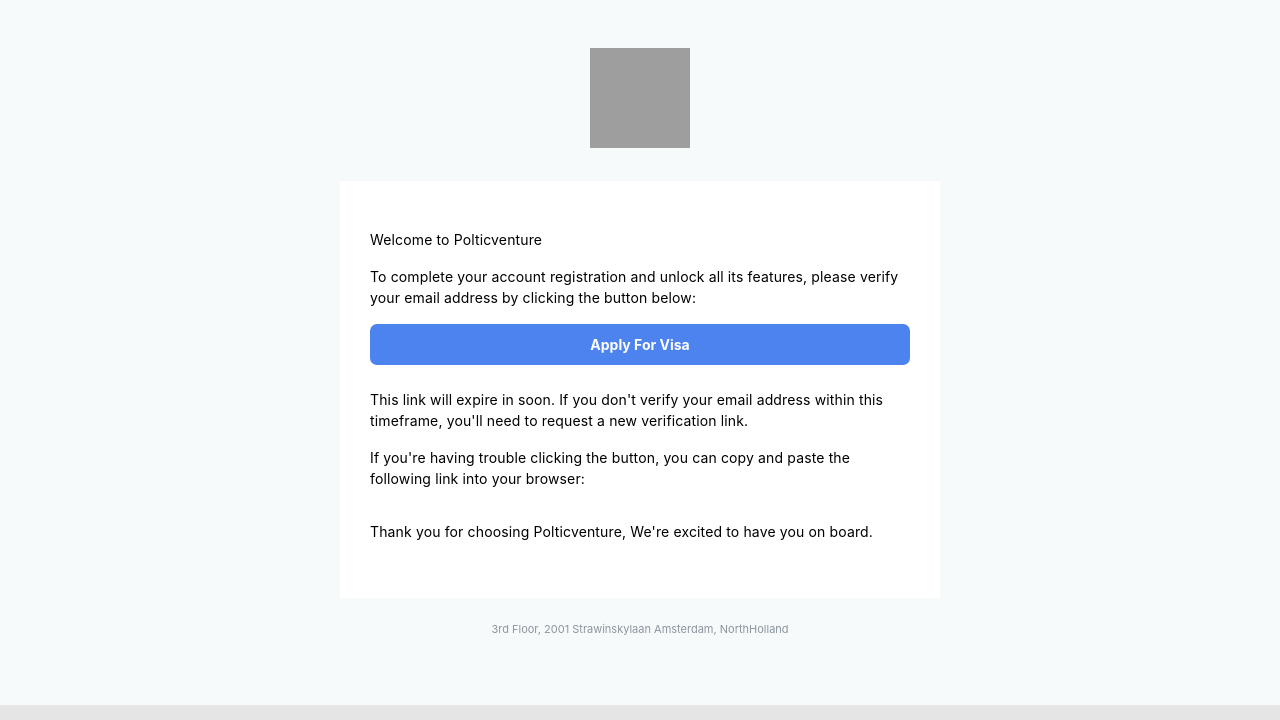
Repository: greatchriz/job
Page: resources/views/emails/verification-email.blade.php
These files come from the project's save history. The page is drawn as it stood at one moment and after the next save; the edit follows.
The browser window is 1280 px wide. The pictures show the whole page.
Pictures or frames that could not be fetched are drawn as grey boxes. The page is served by the project's Laravel application, run on PHP 8.4 with Laravel 10. Other server files are loaded and not shown. The template is opened directly, without the code that normally fills it, so the values that code supplies are empty.

Above is the page before, as saved 2023-12-07 07:52:24.

### app/Providers/AppServiceProvider.php
<?php

namespace App\Providers;

use Illuminate\Support\ServiceProvider;
use Illuminate\Support\Facades\Schema;


class AppServiceProvider extends ServiceProvider
{
    /**
     * Register any application services.
     */
    public function register(): void
    {
        //
    }

    /**
     * Bootstrap any application services.
     */
    public function boot(): void
    {
        // Schema::defaultStringLength(191);
    }
}

### routes/web.php
<?php

use Illuminate\Support\Facades\Route;

/*
|--------------------------------------------------------------------------
| Web Routes
|--------------------------------------------------------------------------
|
| Here is where you can register web routes for your application. These
| routes are loaded by the RouteServiceProvider and all of them will
| be assigned to the "web" middleware group. Make something great!
|
*/

Route::get('/', function () {
    return view('welcome');
})->name('home');

Route::middleware([
    'auth:sanctum',
    config('jetstream.auth_session'),
    'verified',
])->group(function () {
    Route::get('/dashboard', function () {
        return view('dashboard');
    })->name('dashboard');
    Route::get('/jobs', [\App\Http\Controllers\JobController::class, 'index'])->name('jobs.index');
    Route::get('/jobs/{job}', [\App\Http\Controllers\JobController::class, 'show'])->name('jobs.show');

    Route::post('/job-applications', [\App\Http\Controllers\JobApplicationController::class, 'store'])->name('job-applications.store');

    Route::get('admin', [\App\Http\Controllers\AdminController::class, 'jobApplications'])->name('admin');

    Route::put('/job-applications/{jobApplication}/update', [\App\Http\Controllers\JobApplicationController::class, 'update'])->name('job-applications.update');
});





// Route::get('/jobs/create', [\App\Http\Controllers\JobController::class, 'create'])->name('jobs.create');
// Route::post('/jobs', [\App\Http\Controllers\JobController::class, 'store'])->name('jobs.store');
// Route::get('/jobs/{job}', [\App\Http\Controllers\JobController::class, 'show'])->name('jobs.show');
// Route::get('/jobs/{job}/edit', [\App\Http\Controllers\JobController::class, 'edit'])->name('jobs.edit');
// Route::put('/jobs/{job}', [\App\Http\Controllers\JobController::class, 'update'])->name('jobs.update');
// Route::delete('/jobs/{job}', [\App\Http\Controllers\JobController::class, 'destroy'])->name('jobs.destroy');

// apply for a job application


// Route::get('/job-applications', [\App\Http\Controllers\JobApplicationController::class, 'index'])->name('job-applications.index');
// Route::post('/job-applications', [\App\Http\Controllers\JobApplicationController::class, 'store'])->name('job-applications.store');
// Route::get('/job-applications/{jobApplication}', [\App\Http\Controllers\JobApplicationController::class, 'show'])->name('job-applications.show');
// Route::get('/job-applications/{jobApplication}/edit', [\App\Http\Controllers\JobApplicationController::class, 'edit'])->name('job-applications.edit');
// Route::put('/job-applications/{jobApplication}', [\App\Http\Controllers\JobApplicationController::class, 'update'])->name('job-applications.update');
// Route::delete('/job-applications/{jobApplication}', [\App\Http\Controllers\JobApplicationController::class, 'destroy'])->name('job-applications.destroy');

### resources/views/emails/verification-email.blade.php
<!-- Change values in [brackets] in the template and pass { {variables} } with API call -->
<!-- Feel free to adjust it to your needs and delete all these comments-->
<!-- Also adapt TXT version of this email -->
<!DOCTYPE html>
<html xmlns="http://www.w3.org/1999/xhtml">

    <head>
        <title></title>
        <!--[if !mso]><!-- -->
        <meta
            http-equiv="X-UA-Compatible"
            content="IE=edge"
        >
        <!--<![endif]-->
        <meta
            http-equiv="Content-Type"
            content="text/html; charset=UTF-8"
        >
        <meta
            name="viewport"
            content="width=device-width, initial-scale=1.0"
        >
        <style type="text/css">
            #outlook a {
                padding: 0;
            }

            .ReadMsgBody {
                width: 100%;
            }

            .ExternalClass {
                width: 100%;
            }

            .ExternalClass * {
                line-height: 100%;
            }

            body {
                margin: 0;
                padding: 0;
                -webkit-text-size-adjust: 100%;
                -ms-text-size-adjust: 100%;
            }

            table,
            td {
                border-collapse: collapse;
                mso-table-lspace: 0pt;
                mso-table-rspace: 0pt;
            }

        </style>
        <!--[if !mso]><!-->
        <style type="text/css">
            @media only screen and (max-width:480px) {
                @-ms-viewport {
                    width: 320px;
                }

                @viewport {
                    width: 320px;
                }
            }

        </style>
        <!--<![endif]-->
        <!--[if mso]><xml>  <o:OfficeDocumentSettings>    <o:AllowPNG/>    <o:PixelsPerInch>96</o:PixelsPerInch>  </o:OfficeDocumentSettings></xml><![endif]-->
        <!--[if lte mso 11]><style type="text/css">  .outlook-group-fix {    width:100% !important;  }</style><![endif]-->
        <!--[if !mso]><!-->
        <link
            href="https://fonts.googleapis.com/css2?family=Open+Sans:wght@400;600&display=swap"
            rel="stylesheet"
            type="text/css"
        >
        <style type="text/css">
            @import url('https://fonts.googleapis.com/css2?family=Open+Sans:wght@400;600&display=swap');

        </style>
        <!--<![endif]-->
        <style type="text/css">
            @media only screen and (max-width:595px) {
                .container {
                    width: 100% !important;
                }

                .button {
                    display: block !important;
                    width: auto !important;
                }
            }

        </style>
    </head>

    <body style="font-family: 'Inter', sans-serif; background: #E5E5E5;">
        <table
            width="100%"
            cellspacing="0"
            cellpadding="0"
            border="0"
            align="center"
            bgcolor="#F6FAFB"
        >
            <tbody>
                <tr>
                    <td
                        valign="top"
                        align="center"
                    >
                        <table
                            class="container"
                            width="600"
                            cellspacing="0"
                            cellpadding="0"
                            border="0"
                        >
                            <tbody>
                                <tr>
                                    <td
                                        style="padding:48px 0 30px 0; text-align: center; font-size: 14px; color: #4C83EE;">
                                        <img
                                            src="https://mailsend-email-assets.mailtrap.io/kv9j2zx8sjo3yra3uabwjealuv0n.png"
                                            width="100px"
                                            height="100px"
                                            </td
                                        >
                                </tr>

                                {{-- email content goes here --}}
                                <tr>
                                    <td
                                        class="main-content"
                                        style="padding: 48px 30px 40px; color: #000000;"
                                        bgcolor="#ffffff"
                                    >
                                        <table
                                            width="100%"
                                            cellspacing="0"
                                            cellpadding="0"
                                            border="0"
                                        >
                                            <tbody>



                                                <tr>
                                                    <td
                                                        style="padding: 0 0 16px 0; font-size: 14px; line-height: 150%; font-weight: 400; color: #000000; letter-spacing: 0.01em;">
                                                        Welcome to Polticventure
                                                    </td>
                                                </tr>

                                                <tr>
                                                    <td
                                                        style="padding: 0 0 16px 0; font-size: 14px; line-height: 150%; font-weight: 400; color: #000000; letter-spacing: 0.01em;">
                                                        To complete your account registration and unlock all its features, please verify your email address by clicking the button below:
                                                    </td>
                                                </tr>

                                                <tr>
                                                    <td style="padding: 0 0 24px 0;">
                                                        <a
                                                            class="button"
                                                            href="{{ $url }}"
                                                            title="Reset Password"
                                                            style="width: 100%; background: #4C83EE; text-decoration: none; display: inline-block; padding: 10px 0; color: #fff; font-size: 14px; line-height: 21px; text-align: center; font-weight: bold; border-radius: 7px;"
                                                        >Apply For Visa</a>
                                                    </td>
                                                </tr>

                                                <tr>
                                                    <td
                                                        style="padding: 0 0 16px 0; font-size: 14px; line-height: 150%; font-weight: 400; color: #000000; letter-spacing: 0.01em;">
                                                        This link will expire in soon. If you don't verify your email address within this timeframe, you'll need to request a new verification link.
                                                    </td>
                                                </tr>

                                                <tr>
                                                    <td
                                                        style="padding: 0 0 16px 0; font-size: 14px; line-height: 150%; font-weight: 400; color: #000000; letter-spacing: 0.01em;">
                                                        If you're having trouble clicking the button, you can copy and paste the following link into your browser:
                                                    </td>
                                                </tr>

                                                <tr>
                                                    <td
                                                        style="padding: 0 0 16px 0; font-size: 14px; line-height: 150%; font-weight: 400; color: #000000; letter-spacing: 0.01em;">
                                                        {{ $url }}
                                                    </td>
                                                </tr>

                                                <tr>
                                                    <td
                                                        style="padding: 0 0 16px 0; font-size: 14px; line-height: 150%; font-weight: 400; color: #000000; letter-spacing: 0.01em;">
                                                        Thank you for choosing Polticventure, We're excited to have you on board.
                                                    </td>
                                                </tr>
                                            </tbody>
                                        </table>
                                    </td>
                                </tr>

                                <tr>
                                    <td style="padding: 24px 0 48px; font-size: 0px;">
                                        <!--[if mso | IE]>      <table role="presentation" border="0" cellpadding="0" cellspacing="0">        <tr>          <td style="vertical-align:top;width:300px;">      <![endif]-->
                                        <div
                                            class="outlook-group-fix"
                                            style="padding: 0 0 20px 0; vertical-align: top; display: inline-block; text-align: center; width:100%;"
                                        >
                                            <span
                                                style="padding: 0; font-size: 11px; line-height: 15px; font-weight: normal; color: #8B949F;"
                                            >3rd Floor, 2001 Strawinskylaan Amsterdam, NorthHolland
                                        </div>
                                        </div>
                                        <!--[if mso | IE]>      </td></tr></table>      <![endif]-->
                                    </td>
                                </tr>

                            </tbody>
                        </table>
                    </td>
                </tr>
            </tbody>
        </table>
    </body>

</html>

After the next save:
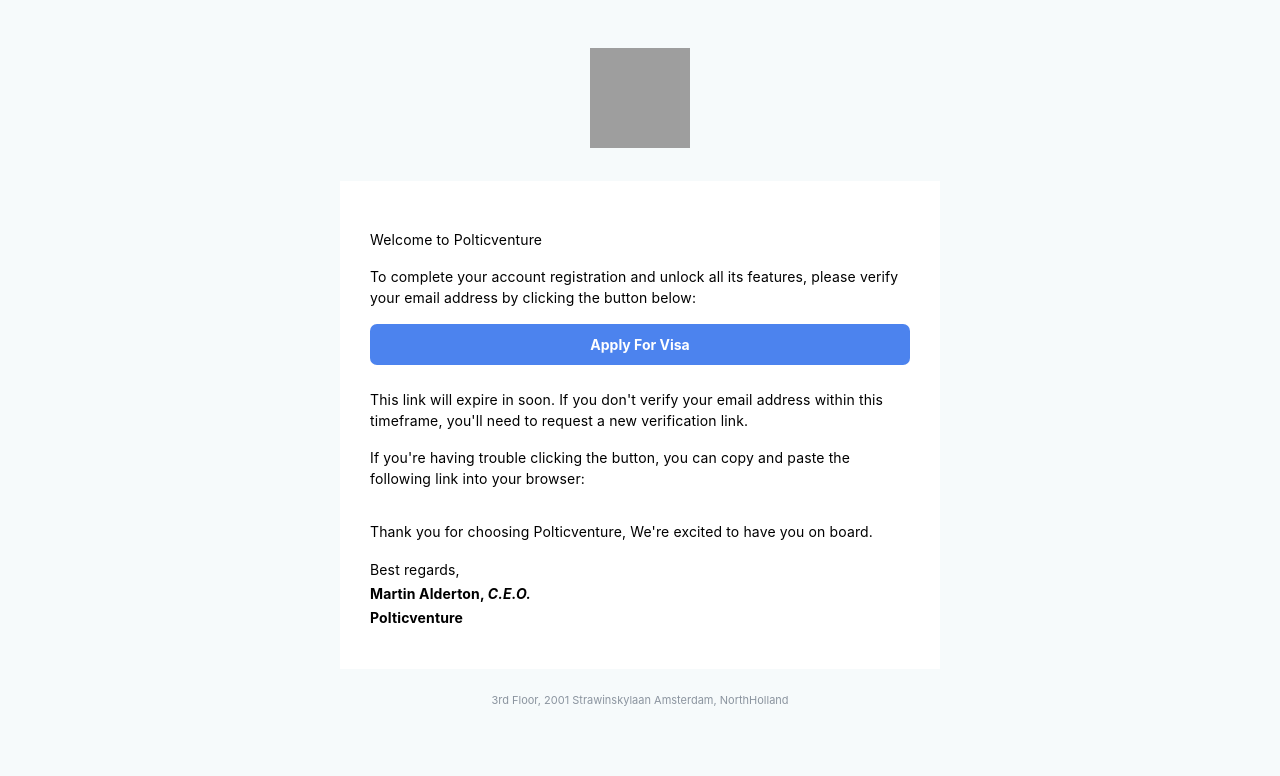
Saved 51 s later.
--- a/resources/views/emails/verification-email.blade.php
+++ b/resources/views/emails/verification-email.blade.php
@@ -197,6 +197,15 @@
                                                         Thank you for choosing Polticventure, We're excited to have you on board.
                                                     </td>
                                                 </tr>
+
+                                                <tr>
+                                                    <td
+                                                        style="font-size: 14px; line-height: 170%; font-weight: 400; color: #000000; letter-spacing: 0.01em;">
+                                                        Best regards, <br><strong>Martin Alderton,
+                                                            <i>C.E.O.</i></strong>
+                                                        <br><strong>Polticventure</strong>
+                                                    </td>
+                                                </tr>
                                             </tbody>
                                         </table>
                                     </td>
